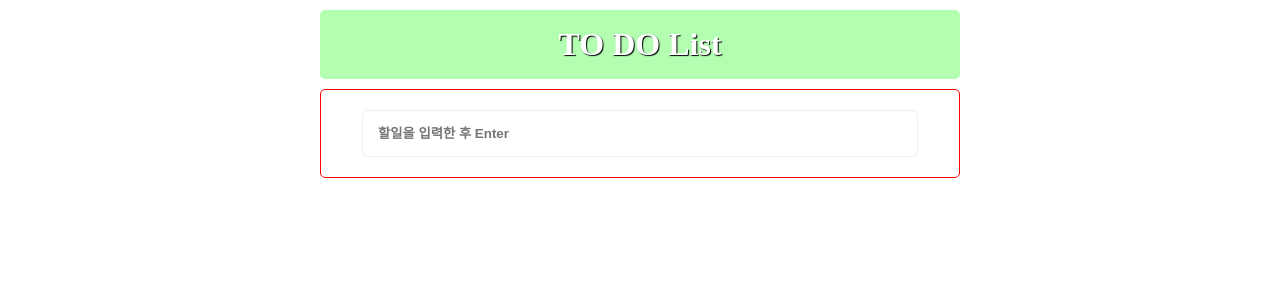
Repository: msk9308/Biz_2021_04_403_Server
Page: http://localhost/Server_014_TodoListV1/
These files come from the project's save history. The page is drawn as it stood at one moment and after the next save; the edit follows.
The browser window is 1280 px wide. The pictures show the whole page.
The page is served by Tomcat 9. Queries for data that is not in the repository find no rows.

Above is the page before, as saved 2021-05-27 06:00:07.

After the next save:
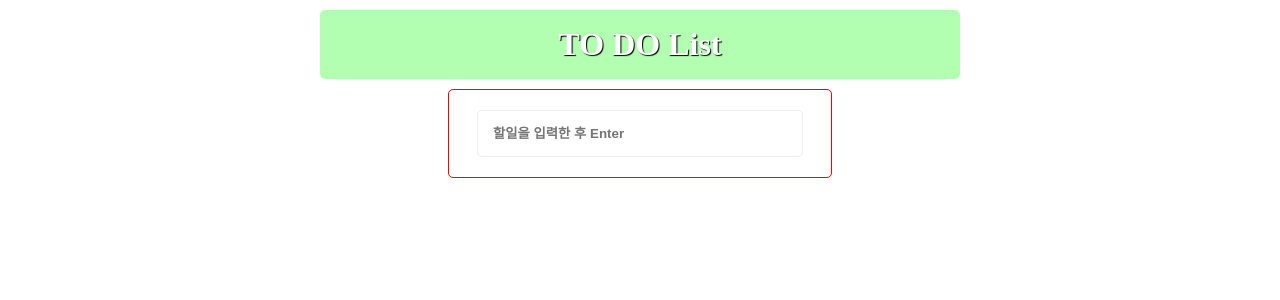
Saved 17 s later.
--- a/Server_014_TodoListV1/src/main/webapp/WEB-INF/views/home.jsp
+++ b/Server_014_TodoListV1/src/main/webapp/WEB-INF/views/home.jsp
@@ -34,6 +34,7 @@
 	border: 1px solid red;
 	padding: 10px;
 	text-align: center;
+	width:30%;
 }
 
 form.doit input {
@@ -56,7 +57,7 @@
 
 table.td_list {
 	border-collapse: collapse;
-	width:30%;
+
 	/*
 	table을 그릴 때 각 td와 td 간격에
 	미세하게 여백이 있어서 가끔 선을 그리면

After the save that followed:
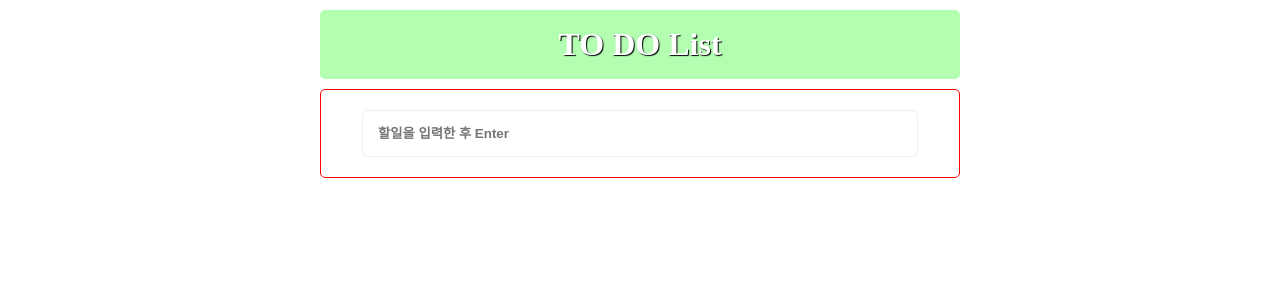
Saved 23 s later.
--- a/Server_014_TodoListV1/src/main/webapp/WEB-INF/views/home.jsp
+++ b/Server_014_TodoListV1/src/main/webapp/WEB-INF/views/home.jsp
@@ -34,7 +34,7 @@
 	border: 1px solid red;
 	padding: 10px;
 	text-align: center;
-	width:30%;
+
 }
 
 form.doit input {
